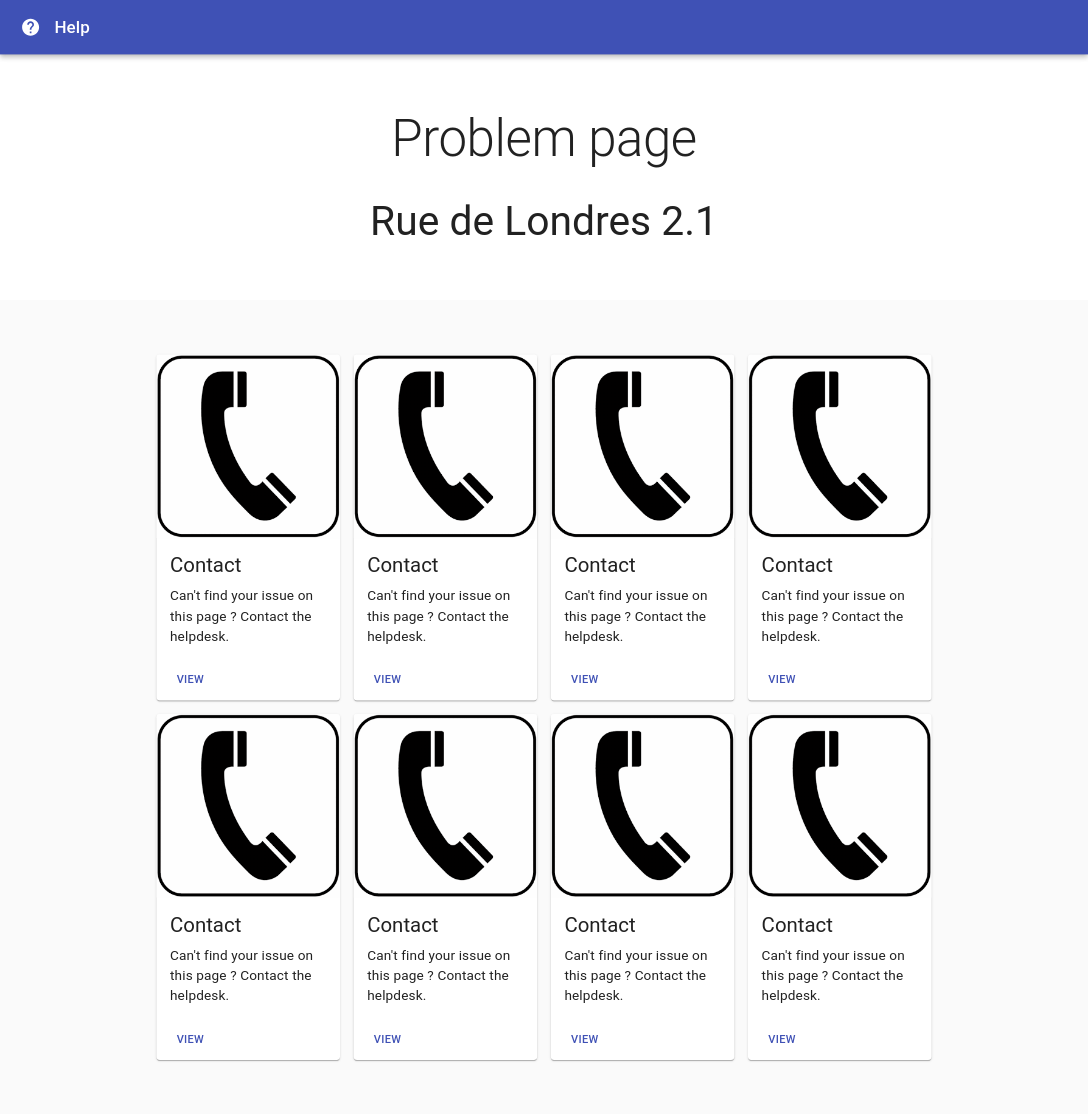
Repository: sapbrussels/intelligenthighway_webapp
Page: /Problempage (app in router/)
The author's editor kept a copy of each file at every save. The page is drawn from the files as they stood at one save, then again after the next save.
The browser window is 1280 px wide. The pictures show the whole page, at 85% of full size.
The project was rebuilt for these pictures with package versions that can differ from the ones it lists, and the page was loaded fresh each time. Also part of the build but not shown: router/src/App.css, router/src/Login.js, router/src/Title.js, router/src/Maps.js, router/src/Jobspage.js, router/src/Direction.js, router/src/Maintenance.js, router/src/Help.js.

Above is the page before, as saved 2020-03-31 13:50:29.

### router/src/App.js
import React from 'react';
import {BrowserRouter, Route, Switch} from "react-router-dom";
import './App.css';
import Login from './Login';
import Jobspage from'./Jobspage';
import Maintenance from './Maintenance';
import Help from './Help';
import Problempage from './Problempage';

function App() {
  return (
    <BrowserRouter>
    <Switch>
     <Route path='/' exact component={Login}/>
     <Route path='/Jobspage' exact component={Jobspage}/>
     <Route path='/Maintenance' exact component={Maintenance}/>
     <Route path='/Help' exact component={Help}/>
     <Route path='/Problempage' exact component={Problempage}/>
     </Switch>
    </BrowserRouter>

  );
}

export default App;

### router/src/Problempage.js
import React from 'react';
import AppBar from '@material-ui/core/AppBar';
import Button from '@material-ui/core/Button';
import HelpIcon from '@material-ui/icons/Help';
import Card from '@material-ui/core/Card';
import { Link } from "react-router-dom";
import CardActions from '@material-ui/core/CardActions';
import CardContent from '@material-ui/core/CardContent';
import CardMedia from '@material-ui/core/CardMedia';
import CssBaseline from '@material-ui/core/CssBaseline';
import Grid from '@material-ui/core/Grid';
import Toolbar from '@material-ui/core/Toolbar';
import Typography from '@material-ui/core/Typography';
import { makeStyles } from '@material-ui/core/styles';
import Container from '@material-ui/core/Container';



const useStyles = makeStyles((theme) => ({
  icon: {
    marginRight: theme.spacing(2),
  },
  heroContent: {
    backgroundColor: theme.palette.background.paper,
    padding: theme.spacing(8, 0, 6),
  },
  heroButtons: {
    marginTop: theme.spacing(4),
  },
  cardGrid: {
    paddingTop: theme.spacing(8),
    paddingBottom: theme.spacing(8),
  },
  card: {
    height: '100%',
    display: 'flex',
    flexDirection: 'column',

  },
  cardMedia: {
    paddingTop: '100%', // 16:9
  },
  cardContent: {
    flexGrow: 1,
  },
  footer: {
    backgroundColor: theme.palette.background.paper,
    padding: theme.spacing(6),
  },
}));



export default function Album() {
  const classes = useStyles();

  return (
    <React.Fragment>
      <CssBaseline />
      <AppBar position="relative">
        <Toolbar>
          <HelpIcon className={classes.icon} />
          <Typography variant="h6" color="inherit" noWrap>
            Help
          </Typography>
        </Toolbar>
      </AppBar>
      <main>
        {/* Hero unit */}
        <div className={classes.heroContent}>
          <Container maxWidth="sm">
            <Typography component="h1" variant="h2" align="center" color="textPrimary" gutterBottom>
              Problem page
            </Typography>
            <div className={classes.heroButtons}>
              <Grid container spacing={2} justify="center">
                <Grid item>
                <Typography component="h3" variant="h3" align="center" color="textPrimary" gutterBottom>
                 Rue de Londres 2.1
                </Typography>
                </Grid>
              </Grid>
            </div>
          </Container>
        </div>
        <Container className={classes.cardGrid} maxWidth="md">
          {/* End hero unit */}
            <Grid container spacing={2}>
            <Grid item xs={4}sm={3} >
                <Card className={classes.card}>
                  <CardMedia
                    className={classes.cardMedia}
                    image="contact.png"
                    title="Image title"
                  />
                  <CardContent className={classes.cardContent}>
                    <Typography gutterBottom variant="h5" component="h2">
                      Contact
                    </Typography>
                    <Typography>
                      Can't find your issue on this page ? Contact the helpdesk.
                    </Typography>
                  </CardContent>
                  <CardActions>
                    <Button size="small" color="primary">
                      View
                    </Button>
                  </CardActions>
                </Card>
              </Grid>
              <Grid item xs={4}sm={3} >
                <Card className={classes.card}>
                  <CardMedia
                    className={classes.cardMedia}
                    image="contact.png"
                    title="Image title"
                  />
                  <CardContent className={classes.cardContent}>
                    <Typography gutterBottom variant="h5" component="h2">
                      Contact
                    </Typography>
                    <Typography>
                      Can't find your issue on this page ? Contact the helpdesk.
                    </Typography>
                  </CardContent>
                  <CardActions>
                    <Button size="small" color="primary">
                      View
                    </Button>
                  </CardActions>
                </Card>
              </Grid>
              <Grid item xs={4}sm={3} >
                <Card className={classes.card}>
                  <CardMedia
                    className={classes.cardMedia}
                    image="contact.png"
                    title="Image title"
                  />
                  <CardContent className={classes.cardContent}>
                    <Typography gutterBottom variant="h5" component="h2">
                      Contact
                    </Typography>
                    <Typography>
                      Can't find your issue on this page ? Contact the helpdesk.
                    </Typography>
                  </CardContent>
                  <CardActions>
                    <Button size="small" color="primary">
                      View
                    </Button>
                  </CardActions>
                </Card>
              </Grid>
              <Grid item xs={4}sm={3} >
                <Card className={classes.card}>
                  <CardMedia
                    className={classes.cardMedia}
                    image="contact.png"
                    title="Image title"
                  />
                  <CardContent className={classes.cardContent}>
                    <Typography gutterBottom variant="h5" component="h2">
                      Contact
                    </Typography>
                    <Typography>
                      Can't find your issue on this page ? Contact the helpdesk.
                    </Typography>
                  </CardContent>
                  <CardActions>
                    <Button size="small" color="primary">
                      View
                    </Button>
                  </CardActions>
                </Card>
              </Grid>
              <Grid item xs={4}sm={3} >
                <Card className={classes.card}>
                  <CardMedia
                    className={classes.cardMedia}
                    image="contact.png"
                    title="Image title"
                  />
                  <CardContent className={classes.cardContent}>
                    <Typography gutterBottom variant="h5" component="h2">
                      Contact
                    </Typography>
                    <Typography>
                      Can't find your issue on this page ? Contact the helpdesk.
                    </Typography>
                  </CardContent>
                  <CardActions>
                    <Button size="small" color="primary">
                      View
                    </Button>
                  </CardActions>
                </Card>
              </Grid>

              <Grid item xs={4}sm={3} >
                <Card className={classes.card}>
                  <CardMedia
                    className={classes.cardMedia}
                    image="contact.png"
                    title="Image title"
                  />
                  <CardContent className={classes.cardContent}>
                    <Typography gutterBottom variant="h5" component="h2">
                      Contact
                    </Typography>
                    <Typography>
                      Can't find your issue on this page ? Contact the helpdesk.
                    </Typography>
                  </CardContent>
                  <CardActions>
                    <Button size="small" color="primary">
                      View
                    </Button>
                  </CardActions>
                </Card>
              </Grid>
              <Grid item xs={4}sm={3} >
                <Card className={classes.card}>
                  <CardMedia
                    className={classes.cardMedia}
                    image="contact.png"
                    title="Image title"
                  />
                  <CardContent className={classes.cardContent}>
                    <Typography gutterBottom variant="h5" component="h2">
                      Contact
                    </Typography>
                    <Typography>
                      Can't find your issue on this page ? Contact the helpdesk.
                    </Typography>
                  </CardContent>
                  <CardActions>
                    <Button size="small" color="primary">
                      View
                    </Button>
                  </CardActions>
                </Card>
              </Grid>
              <Grid item xs={4}sm={3} >
                <Card className={classes.card}>
                  <CardMedia
                    className={classes.cardMedia}
                    image="contact.png"
                    title="Image title"
                  />
                  <CardContent className={classes.cardContent}>
                    <Typography gutterBottom variant="h5" component="h2">
                      Contact
                    </Typography>
                    <Typography>
                      Can't find your issue on this page ? Contact the helpdesk.
                    </Typography>
                  </CardContent>
                  <CardActions>
                    <Button size="small" color="primary">
                      View
                    </Button>
                  </CardActions>
                </Card>
              </Grid>
            </Grid>
          </Container>
      </main>
    </React.Fragment>
  );
}

### router/src/listItems.js
import React from 'react';
import ListItem from '@material-ui/core/ListItem';
import ListItemIcon from '@material-ui/core/ListItemIcon';
import ListItemText from '@material-ui/core/ListItemText';
import DashboardIcon from '@material-ui/icons/Dashboard';
import ShoppingCartIcon from '@material-ui/icons/ShoppingCart';
import PeopleIcon from '@material-ui/icons/People';
import { Link } from "react-router-dom";

export const mainListItems = (
  <div>
        <ListItem >
          <ListItemIcon>
            <DashboardIcon />
          </ListItemIcon>
          <ListItemText  primary="jobs page" />
        </ListItem>
      <Link to='/Maintenance'>
          <ListItem button>
          <ListItemIcon>
            <ShoppingCartIcon />
          </ListItemIcon>
          <ListItemText primary="History" />
        </ListItem></Link>
      <Link to='/Help'>
          <ListItem button>
          <ListItemIcon>
            <PeopleIcon />
          </ListItemIcon>
          <ListItemText primary="help" />
        </ListItem></Link>
  </div>
);

### router/src/LightStatus.js
import React from 'react';
import Link from '@material-ui/core/Link';
import { makeStyles } from '@material-ui/core/styles';
import Table from '@material-ui/core/Table';
import TableBody from '@material-ui/core/TableBody';
import TableCell from '@material-ui/core/TableCell';
import TableHead from '@material-ui/core/TableHead';
import TableRow from '@material-ui/core/TableRow';
import Rectangle from 'react-rectangle';
import Title from './Title';



// Generate Order Data
function createData(id, street_light, status,light) {
  return { street_light, status, light};
}

const rows = [
  createData(0, 'Boulevard Avroy 1.9', 'ON', <Rectangle aspectRatio={[3,3]}>
  <div style={{ background: '#008000',  width: '40%', height: '40%' }} />
</Rectangle>),
  createData(1, 'Rue de Londres 2.1', 'OFF',<Rectangle aspectRatio={[3,3]}>
  <div style={{ background: '#FFFFFF', width: '40%', height: '40%' }} />
</Rectangle>),
  createData(2, 'Rue de Londres 2.3', 'X',<Rectangle aspectRatio={[3,3]}>
  <div style={{ background: '#FF0000', width: '40%', height: '40%' }} />
</Rectangle>),
];

function preventDefault(event) {
  event.preventDefault();
}

const useStyles = makeStyles((theme) => ({
  seeMore: {
    marginTop: theme.spacing(3),
    padding: '20px',
    borderRadius:'10px',
  },
}));

export default function LightStatus() {
  const classes = useStyles();
  return (
    <React.Fragment>
      <Title>Light status</Title>
      <Table size="small">
        <TableHead>
          <TableRow>
            <TableCell>street light</TableCell>
            <TableCell>status</TableCell>
            <TableCell></TableCell>
          </TableRow>
        </TableHead>
        <TableBody>
          {rows.map((row) => (
            <TableRow key={row.id}>
              <TableCell>{row.street_light}</TableCell>
              <TableCell> {row.status}</TableCell>
              <TableCell> {row.light}</TableCell>
            </TableRow>
          ))}
        </TableBody>
      </Table>
      <div className={classes.seeMore}>
        <Link color="primary" href="#" onClick={preventDefault}>
          See more lights
        </Link>
      </div>
    </React.Fragment>
  );
}

### router/src/Jobslist.js
import React from 'react';
import {Link} from 'react-router-dom';
import { makeStyles } from '@material-ui/core/styles';
import Table from '@material-ui/core/Table';
import TableBody from '@material-ui/core/TableBody';
import TableCell from '@material-ui/core/TableCell';
import TableHead from '@material-ui/core/TableHead';
import TableRow from '@material-ui/core/TableRow';
import Title from './Title';

// Generate Order Data
function createData(id, location, job, accept, info) {
  return { id, location, job, accept, info };
}

const rows = [
    createData(0, 'Boulevard Avroy 1.9', 'Maintenance',<Link to="/Maintenance"><button>Accept</button></Link>),
    createData(1, 'Rue de Londres 2.1', 'Fix issue',<button>Accept</button>, <Link to="/Problempage"><button>find more info</button></Link>),
];

function preventDefault(event) {
  event.preventDefault();
}

const useStyles = makeStyles((theme) => ({
  seeMore: {
    marginTop: theme.spacing(3),
    padding: '20px',
    borderRadius:'10px',
  },
}));

    export default function Jobslist() {
    const classes = useStyles();
    return (
        <React.Fragment>
        <Title>jobs available</Title>
        <Table size="small">
            <TableHead>
            <TableRow>
                <TableCell>location</TableCell>
                <TableCell>job</TableCell>
                <TableCell>Accept the job</TableCell>
                <TableCell>More info</TableCell>
            </TableRow>
            </TableHead>
            <TableBody>
            {rows.map((row) => (
                <TableRow key={row.id}>
                <TableCell>{row.location}</TableCell>
                <TableCell>{row.job}</TableCell>
                <TableCell>{row.accept}</TableCell>
                <TableCell>{row.info}</TableCell>
                </TableRow>
            ))}
            </TableBody>
        </Table>
        <div className={classes.seeMore}>
            <Link color="primary" href="#" onClick={preventDefault}>
            See more orders
            </Link>
        </div>
        </React.Fragment>
    );
}

### router/src/Checklist.js
import React from 'react';
import Link from '@material-ui/core/Link';
import { makeStyles } from '@material-ui/core/styles';
import Table from '@material-ui/core/Table';
import TableBody from '@material-ui/core/TableBody';
import TableCell from '@material-ui/core/TableCell';
import TableHead from '@material-ui/core/TableHead';
import TableRow from '@material-ui/core/TableRow';
import Title from './Title';
import { Checkbox } from '@material-ui/core';

// Generate Order Data
function createData(id, check, tasks) {
  return { id, check, tasks };
}

const rows = [
  createData(0, <Checkbox></Checkbox>,'Turn all switches OFF & ON to stop dust build up'),
  createData(1, <Checkbox></Checkbox>,'turn all circuit-breakers OFF and reset'),
  createData(2, <Checkbox></Checkbox>,'Check for high resistance joints'),
  createData(3, <Checkbox></Checkbox>,'clean PE cell faces then cover to test functionnality'),
  createData(4, <Checkbox></Checkbox>,'check MEN and earthing'),
  createData(0, <Checkbox></Checkbox>,'Luminaire cleaning and inspection'),
  createData(1, <Checkbox></Checkbox>,'Inspect for any sign of vermin damage in the cabinet'),
  createData(2, <Checkbox></Checkbox>,'Remove grafitit on cabinet'),
  createData(3, <Checkbox></Checkbox>,'Trim all trees that interfere with solar-panels and light output of lulinaires'),
  createData(4, <Checkbox></Checkbox>,'Check all support structures for their integreties'),
  createData(3, <Checkbox></Checkbox>,'Installation, maintenance and replacement of post indentification label'),
  createData(4, <Checkbox></Checkbox>,'Installation, maintenace and replacement of supply point indentification labels'),
];


const useStyles = makeStyles((theme) => ({
  seeMore: {
    marginTop: theme.spacing(3),

  },
}));

export default function Orders() {
  const classes = useStyles();
  return (
    <React.Fragment>
      <Title>Maintenance checklist</Title>
      <Table size="small">
        <TableHead>
          <TableRow>
            <TableCell></TableCell>
            <TableCell>tasks</TableCell>

          </TableRow>
        </TableHead>
        <TableBody>
          {rows.map((row) => (
            <TableRow key={row.id}>
              <TableCell>{row.check}</TableCell>
              <TableCell>{row.tasks}</TableCell>
            </TableRow>
          ))}
        </TableBody>
      </Table>
      <div className={classes.seeMore}>
        <Link><button>Finished</button></Link>
      </div>
    </React.Fragment>
  );
}

Loaded but not shown: router/public/index.html (common file); router/src/index.js (common file); router/src/index.css (common file); router/src/serviceWorker.js (common file)

After the next save:
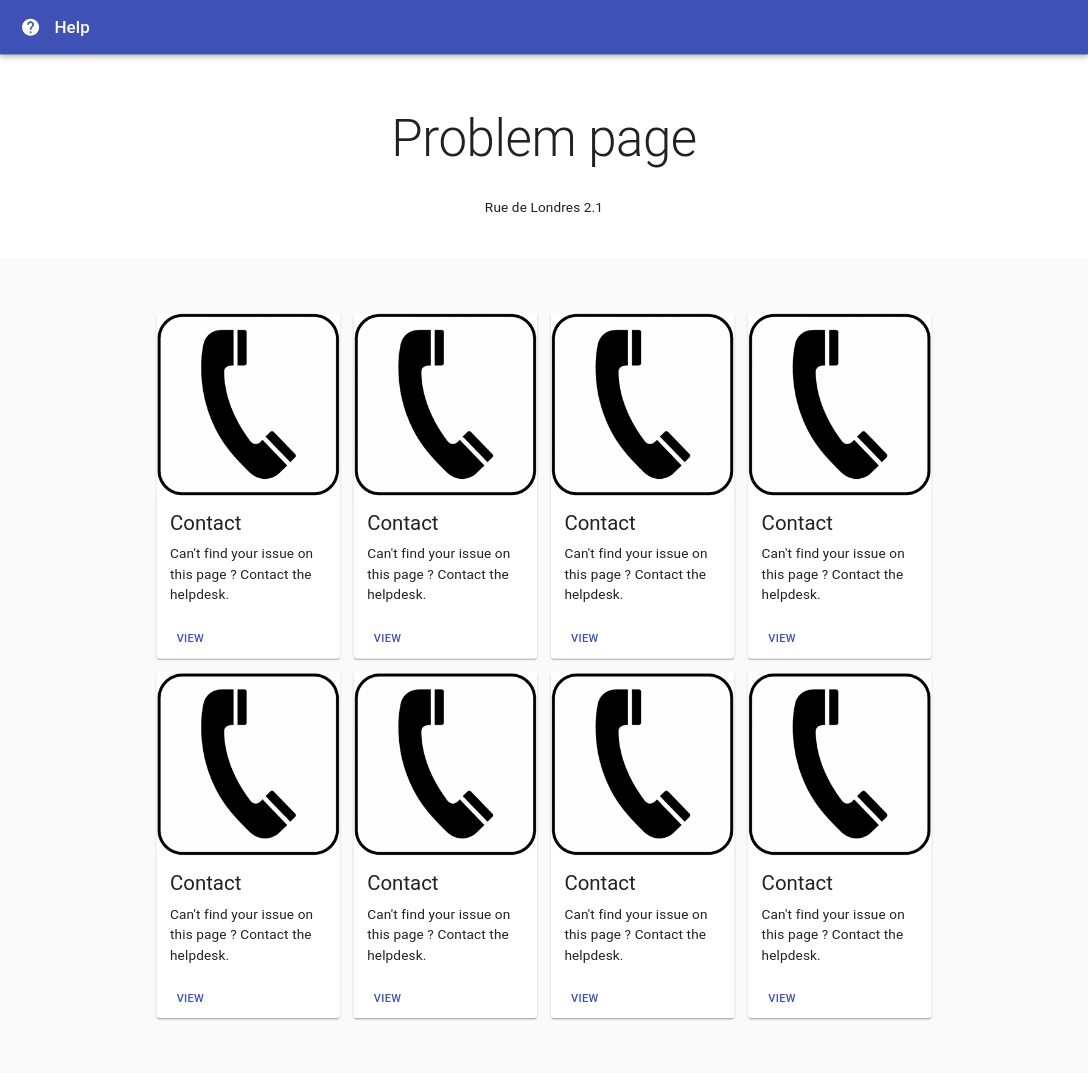
Saved 99 s later.
--- a/router/src/Problempage.js
+++ b/router/src/Problempage.js
@@ -75,7 +75,7 @@ export default function Album() {
             <div className={classes.heroButtons}>
               <Grid container spacing={2} justify="center">
                 <Grid item>
-                <Typography component="h3" variant="h3" align="center" color="textPrimary" gutterBottom>
+                <Typography >
                  Rue de Londres 2.1
                 </Typography>
                 </Grid>
